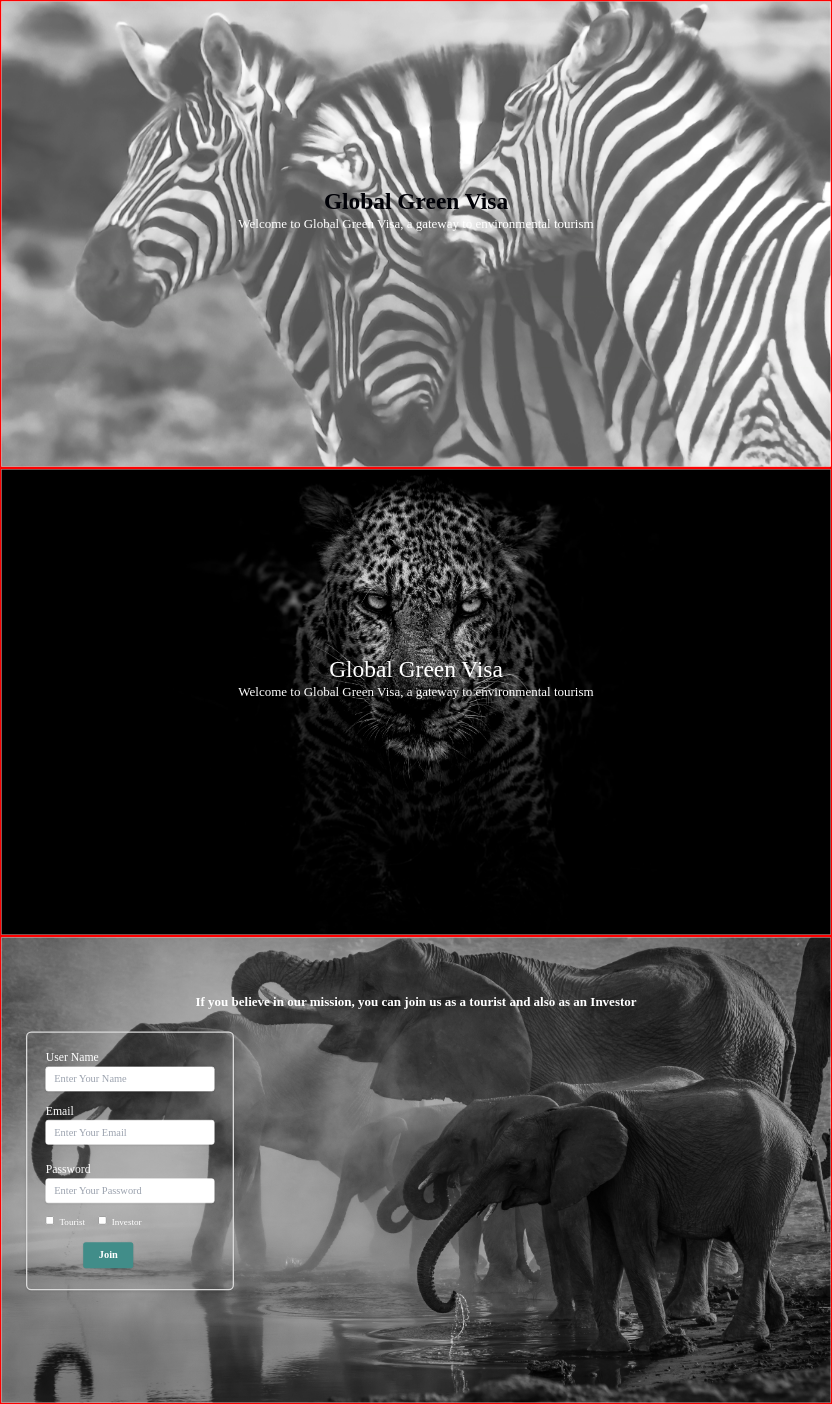
Repository: BrightonMboya/ggv-landingPage
Page: /
These files come from the project's save history. The page is drawn as it stood at one moment and after the next save; the edit follows.
The browser window is 1280 px wide. The pictures show the whole page, at 65% of full size.
The project was rebuilt for these pictures with package versions that can differ from the ones it lists, and the page was loaded fresh each time. The framework's server and built-in components were replaced by stand-ins that run in the browser. Also part of the build but not shown: next.config.js.

Above is the page before, as saved 2022-06-14 11:04:43.

After the next save:
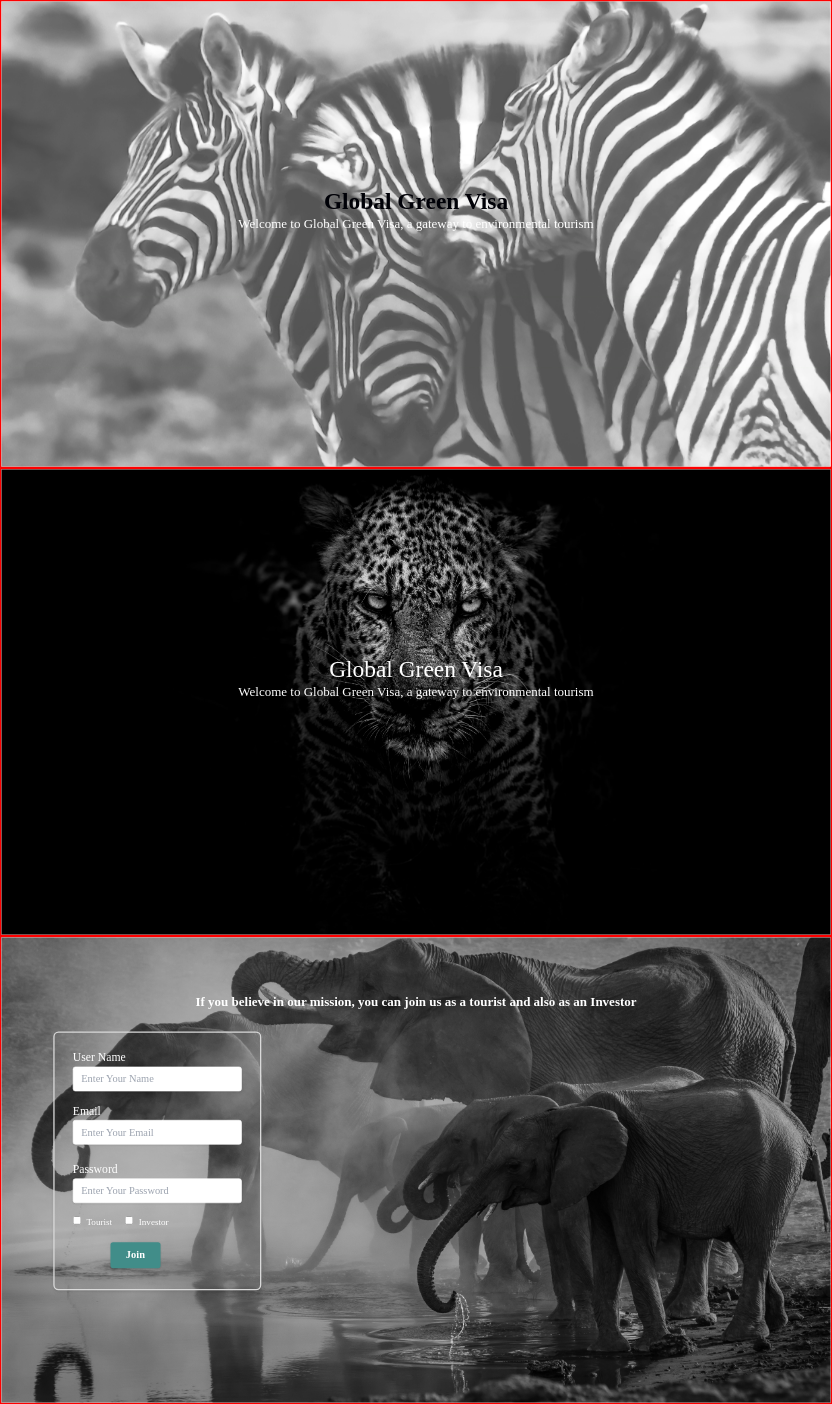
Saved 6 s later.
--- a/pages/Contactus.js
+++ b/pages/Contactus.js
@@ -44,7 +44,7 @@ const Contactus = () => {
                 </h3>
               </div>
             </div>
-            <div className="w-full max-w-xs ml-[3vw] mt-8">
+            <div className="w-full max-w-xs ml-[5rem] mt-8">
               <form
                 onSubmit={submitHandler}
                 className="shadow-md rounded-lg px-7 pt-6 pb-8 mb-4 border-gray border-2"
